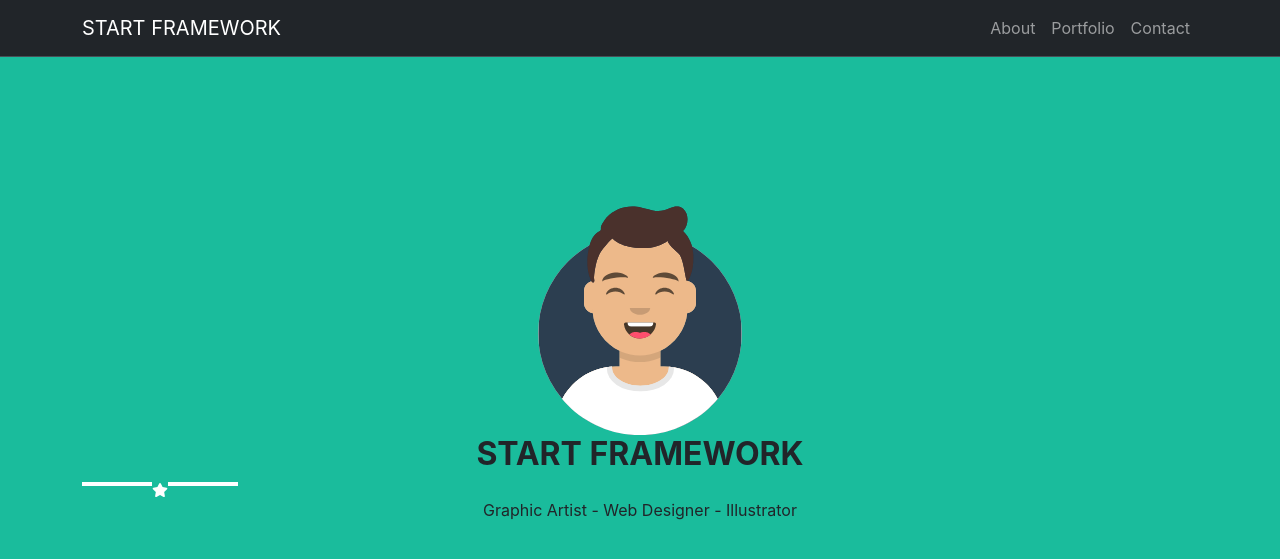
Repository: YomnaWegdan/startFramework
Page: /
The author's editor kept a copy of each file at every save. The page is drawn from the files as they stood at one save, then again after the next save.
The browser window is 1280 px wide. The pictures show the whole page.
The project was rebuilt for these pictures with package versions that can differ from the ones it lists, and the page was loaded fresh each time. Also part of the build but not shown: src/Components/About.jsx, src/Components/Contact.jsx, src/Components/Error.jsx.

Above is the page before, as saved 2024-02-04 22:05:50.

After the next save:
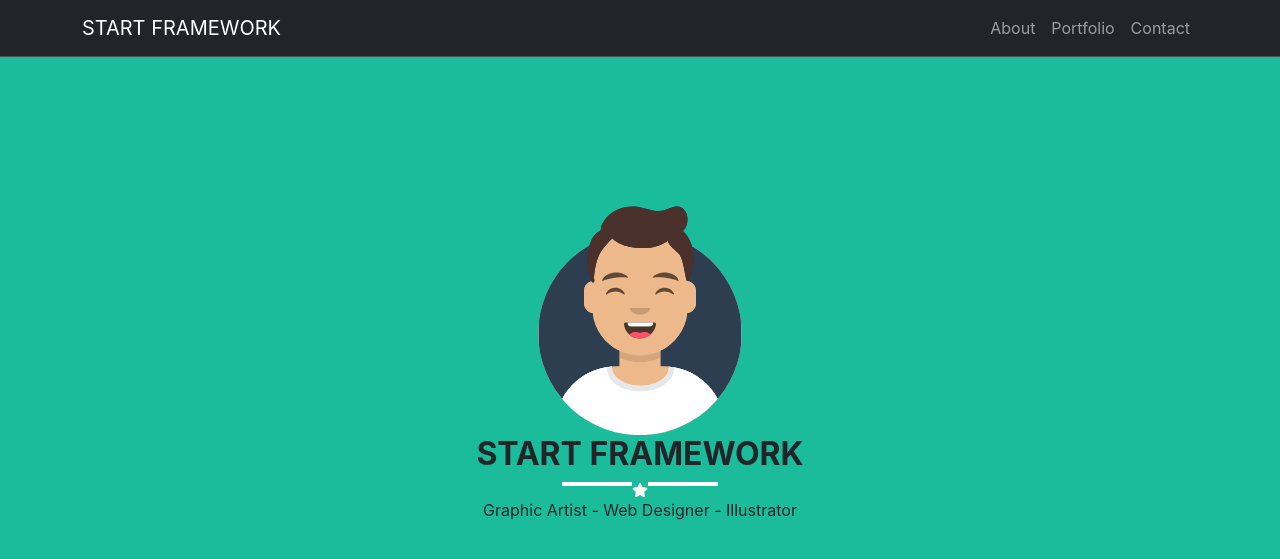
Saved 8 s later.
--- a/src/Components/Home.jsx
+++ b/src/Components/Home.jsx
@@ -11,7 +11,7 @@ export default function Home() {
                 <div className='col-md-12'>
                 <img src={img} className='w-20' alt='img'/>
                 <h2 className='fw-bold'>START FRAMEWORK</h2>
-                <div className='d-flex j'>
+                <div className='d-flex justify-content-center'>
                     <div className='line'></div>
                     <FaStar className='starIcon text-white'/>
                     <div className='line'></div>
